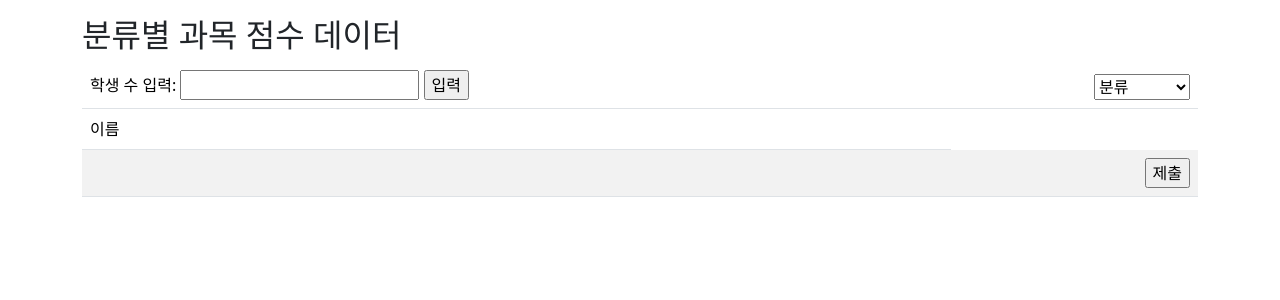
Repository: pshho/newJspProject
Page: http://localhost/JspProj/hwProject/categories
These files come from the project's save history. The page is drawn as it stood at one moment and after the next save; the edit follows.
The browser window is 1280 px wide. The pictures show the whole page.
The page is served by Tomcat 9.

Above is the page before, as saved 2023-08-01 06:20:19.

After the next save:
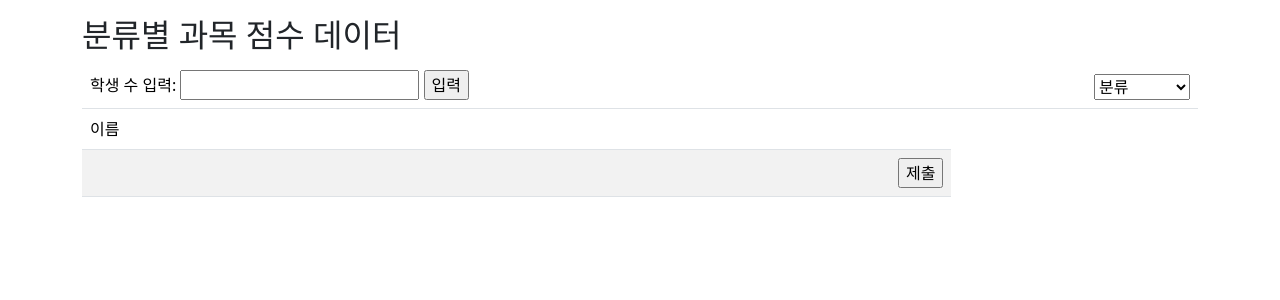
Saved 34 s later.
--- a/JspProj/src/main/webapp/hwProject/categories.jsp
+++ b/JspProj/src/main/webapp/hwProject/categories.jsp
@@ -43,7 +43,7 @@
 							<input type="submit" value="입력" onclick="categoriesChange()">
 						</td>
 						<!-- 카테고리 선택 -->
-						<td colspan="${ fn:length(distinct) + 2 }" align="right">
+						<td colspan="${ fn:length(distinct) + 1 }" align="right">
 							<select name="sel" onchange="categoriesChange()">
 								<!-- 카테고리 목록 배열로 자신의 선택을 알게 함 -->
 								<c:forEach items="${ categories }" var="category">
@@ -73,7 +73,7 @@
 						</tr>
 					</c:forEach>
 					<tr>
-						<td colspan="${ fn:length(distinct) + 2 }" align="right">
+						<td colspan="${ fn:length(distinct) + 1 }" align="right">
 							<input type="submit" value="제출" />
 						</td>
 					</tr>

After the save that followed:
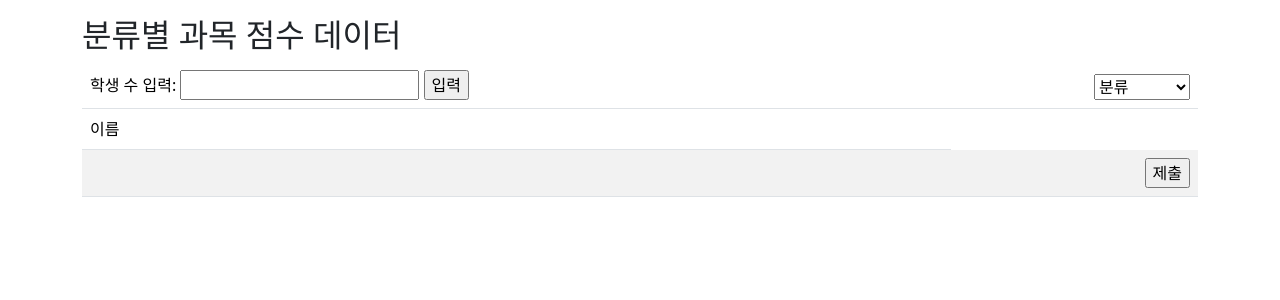
Saved 13 s later.
--- a/JspProj/src/main/webapp/hwProject/categories.jsp
+++ b/JspProj/src/main/webapp/hwProject/categories.jsp
@@ -73,7 +73,7 @@
 						</tr>
 					</c:forEach>
 					<tr>
-						<td colspan="${ fn:length(distinct) + 1 }" align="right">
+						<td colspan="${ fn:length(distinct) + 2 }" align="right">
 							<input type="submit" value="제출" />
 						</td>
 					</tr>
